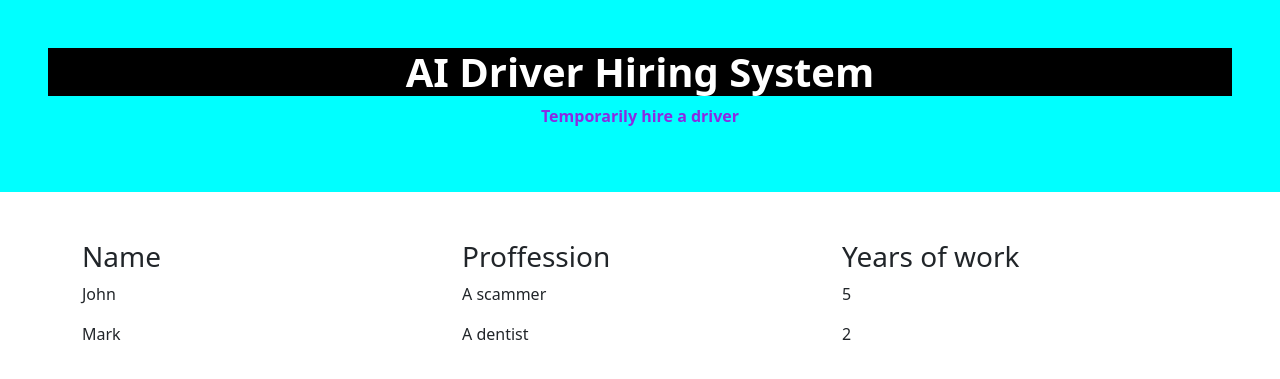
Repository: Wuda2000/AI-powered-Driver-hiring-system
Page: ONE.html
These files come from the project's save history. The page is drawn as it stood at one moment and after a run of saves; the edit follows.
The browser window is 1280 px wide. The pictures show the whole page.

Above is the page before, as saved 2024-12-23 22:26:59.

After the next 4 saves:
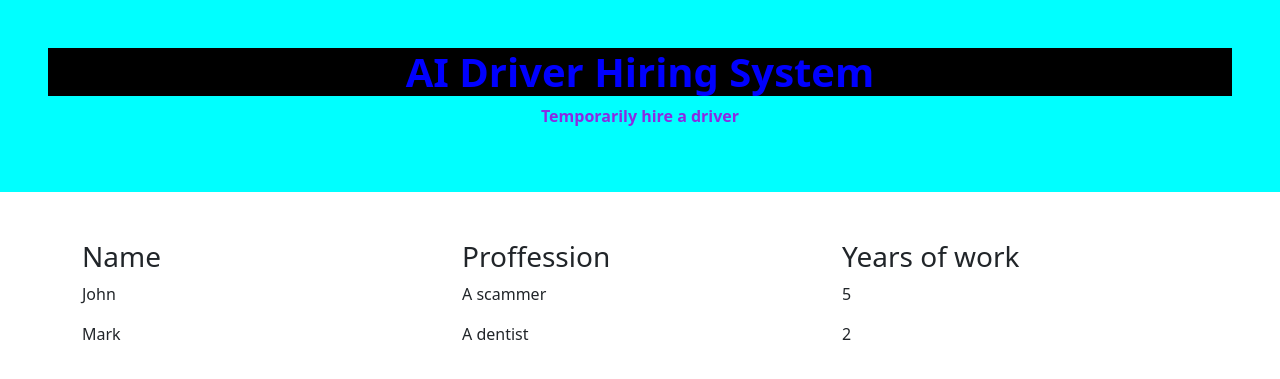
The 4 saves are shown as one change because they came seconds apart.
The last was saved 11 s later.
--- a/ONE.html
+++ b/ONE.html
@@ -11,7 +11,7 @@
 
 
     <div class="container-fluid p-5 text-white text-center" style="background-color: aqua;">
-        <h1 style="background-color: black;" ><b>AI Driver Hiring System</b></h1>
+        <h1 style="background-color: black; color: blue;" ><b>AI Driver Hiring System</b></h1>
         <p style="color: blueviolet;"><b>Temporarily hire a driver</b></p>
       </div>
 
